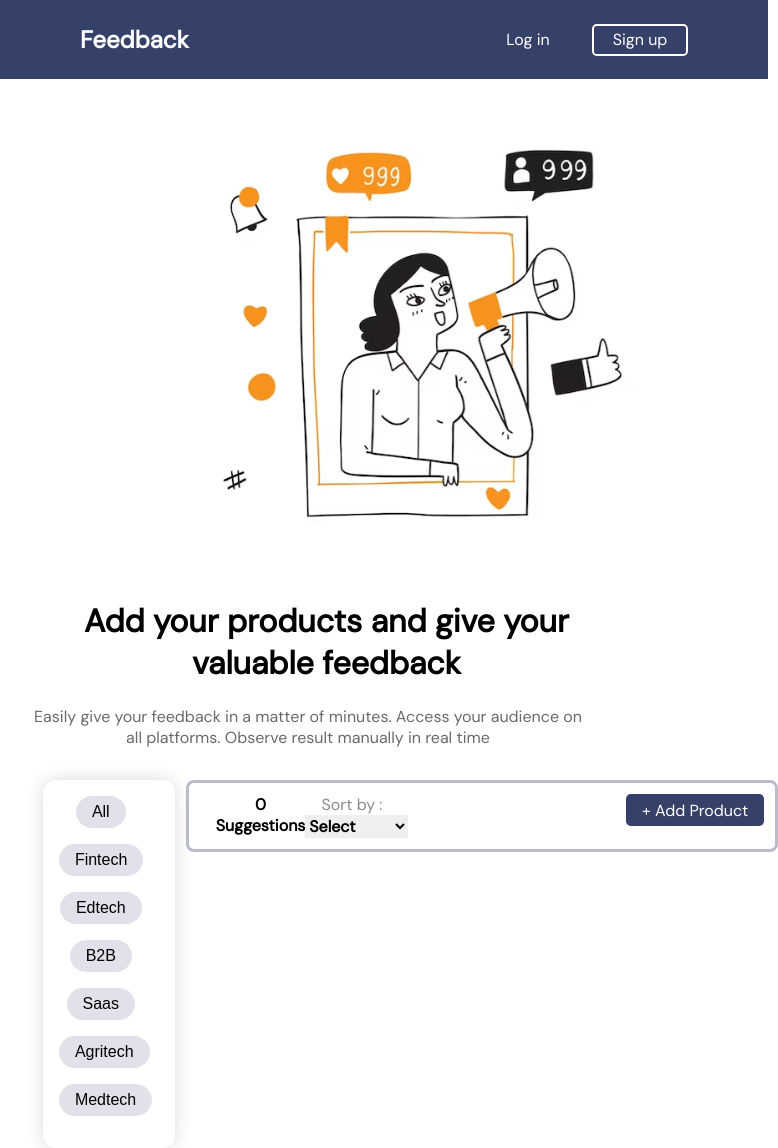
Repository: drumsmanku/final-evaluation-test
Page: / (app in client/)
These files come from the project's save history. The page is drawn as it stood at one moment and after the next save; the edit follows.
The browser window is 768 px wide. The page is 778 px wide, then 768 px, so the pictures cover 778 px, including what lies to the right of the window. The pictures show the whole page.
The page's requests for data from a server got no answer. The project was rebuilt for these pictures with package versions that can differ from the ones it lists, and the page was loaded fresh each time. No one was signed in, and anything a server would have sent is missing. Also part of the build but not shown: client/src/CSS/LoginPopUp.css, client/src/Components/LoginPopUp.js, client/src/CSS/SignupPopUp.css, client/src/Components/SignupPopUp.js, client/src/CSS/AddProductPopUp.css, client/src/Components/AddProductPopUp.js, client/src/Components/CommentsSection.js, client/src/CSS/SignUp.css and 3 more.

Above is the page before, as saved 2023-07-31 23:53:19.

### client/src/App.js
import './App.css';
import { BrowserRouter as Router, Route, Routes} from 'react-router-dom';
import MainPage from './Components/MainPage';
import SignUp from './Components/SignUp';
import Login from './Components/Login';
function App() {
  return (
    <div className="App">
      <Router>
        <Routes>
          <Route path='/' element={<MainPage/>}/>
          <Route path='/signup' element={<SignUp/>}/>
          <Route path='/login' element={<Login/>}/>
        </Routes>
      </Router>
    </div>
  );
}

export default App;

### client/src/Components/MainPage.js
import React, {useState, useEffect, useMemo} from 'react';
import '../CSS/MainPage.css';
import profile from'../Assets/profilepic.webp';
import img1 from '../Assets/frontphoto.png';
import axios from 'axios';
import comments from '../Assets/comments.png';
import { useNavigate } from 'react-router-dom';
import LoginPopUp from './LoginPopUp';
import SignupPopUp from './SignupPopUp';
import AddProductPopUp from './AddProductPopUp';
import CommentsSection from './CommentsSection';
import upvote from '../Assets/upvote.png';
import comment1 from '../Assets/comment1.png';

const buttonTitles=['All', 'Fintech', 'Edtech', 'B2B', 'Saas', 'Agritech', 'Medtech'];
const buttonStyles={
  padding:'0.2rem 1rem 0.2rem 1rem',
  backgroundColor:'#36416A26',
  fontSize:'medium',
  borderRadius:'1rem',
  border:'none',
  margin:'0 1rem 1rem 0',
  height:'2rem',
  textAlign:'center',
}
const productCardsStyles={
  padding:'1rem',

  width:'98%',
  marginBottom:'1rem',
  display: 'flex',
  borderRadius:'0.5rem'
}
const tagStyles={
  paddingRight:'1.3em',
  paddingLeft:'1.3em',
  backgroundColor:'#C0CEFF',
  fontSize:'small',
  borderRadius:'1rem',
  border:'none',
  height:'1.5rem',
  textAlign:'center',
  display:'flex',
  alignItems:'center',
  marginRight:'1rem',
}

function MainPage() {
  const navigate =useNavigate()
  const [categorySet, setCategorySet]=useState([]);
  const [user, setUser] = useState(localStorage.getItem('user'));
  const [isLoggedIn, setIsLoggedIn]=useState(false);
  const [products, setProdcts]=useState([]);
  const [showLoginModal, setShowLoginModal] = useState(false);
  const [showSignupModal, setShowSignupModal] = useState(false);
  const [showAddModal, setShowAddModal] = useState(false);
  const [isVisible, setIsVisible] = useState(false);
  const [commentProductId, setCommentProductId] = useState(null);
  const [commentsLength, setCommentsLength]=useState(0);
  const [productCounts, setProductCounts] = useState({});
  const [upvotes, setUpvotes]=useState(0);
  const [sortOption, setSortOption] = useState('Select');


  useEffect(()=>{
    const User=localStorage.getItem('user');
    if(User){
      setIsLoggedIn(true);
    }

  }, []);




  const handleLogin = () => {
    setShowLoginModal(true);
  };
  const handleSignup = () => {
    setShowSignupModal(true);
  };
  const handleAdd = () => {
    if (isLoggedIn) {
      setShowAddModal(true);
    } else {
      setShowSignupModal(true);
    }
  };

  const handleShowComments = (productId) => {
    setCommentProductId(productId);
  };
  const handleLogout=()=>{
    localStorage.removeItem('user');
    setIsLoggedIn(false);
    navigate('/login');
  }
  const handleCategoryClick=(event)=>{
    const currentCat=event.target.value;
    if(!categorySet.includes(currentCat)){
      setCategorySet([...categorySet, event.target.value]);
      event.target.style.backgroundColor="#36416A"
    }
    else{
      setCategorySet(categorySet.filter(cat=>cat!=currentCat))
      event.target.style.backgroundColor="#36416A26"
    }

  }

  useEffect(()=>{
    const category=categorySet
    axios.get(`http://localhost:4000/get-prods?category=${category.join(',')}`)
    .then((res)=>{setProdcts(res.data.products);console.log(res.data.products)})
    .catch(err=>console.log(err))

  }, [categorySet]);

  const handleUpvotes=(prodId, event)=>{

    axios.post('http://localhost:4000/add-upvote', {
      productId: prodId,
      upvoteCount:1,
    })
    .then(window.location.reload())
    .catch(err=>console.log(err))
  }

  const sortedProducts = useMemo(() => {
    if (sortOption === 'upvotes') {
      return [...products].sort((a, b) => (b.upvoteCount || 0) - (a.upvoteCount || 0));
    } else if (sortOption === 'comments') {
      return [...products].sort((a, b) => (b.commentsCount || 0) - (a.commentsCount || 0));
    }
    return products;
  }, [products, sortOption]);



  return (
    <div className='main-container'>
      <div className="main-top-container">
        <div className='navbar' >
          <div style={{display:'flex',width:'100%', justifyContent:' space-between', alignItems:'center',}}>
          <h3 style={{marginLeft:'5rem', color:'white', fontSize:'1.5rem'}}>Feedback</h3>
          <div style={{display:'flex', marginRight:'5rem'}}>
              {isLoggedIn ? (
                <>
                  <button style={{background:'none', fontSize:'large', border:'none', fontFamily:'DM Sans', color:'white'}} onClick={handleLogout}>Logout</button>
                  <span style={{color:'white', fontFamily:'DM Sans', fontSize:'large', display:'flex', alignItems:'center', marginLeft:'1rem'}}>Hello! {user}</span>
                  <img src={profile} alt="" height={50} width={50} style={{borderRadius:'100%', marginLeft:'1rem'}} />
                </>
              ) : (
                <>
                   <button className="btn-main-page-login" type="submit" onClick={()=>{navigate('/login')}}>
                    Log in
                  </button>
                  <button type='submit'  className='btn-main-page-register' onClick={()=>{navigate('/signup')}} >Sign up</button>
                </>
              )}



            </div>
          </div>
        </div>
        <div className="title-desc">
          <img src={img1} alt="" height={500} style={{marginLeft:'3rem'}}/>
          <div className='both-texts' style={{display:'flex', flexDirection:'column', marginLeft:'2rem'}}>
              <h1 className='main-heading' style={{maxWidth:'80%'}}> Add your products and give your valuable feedback</h1>
              <span style={{maxWidth:'75%', color:'#6A6A6A'}}>Easily give your feedback in a matter of minutes. Access your audience on all platforms. Observe result manually in real time</span>
          </div>
        </div>
      </div>
      <div className="main-bottom-container">
        <div className="bottom-left">
          <article className='apply-filter' style={{backgroundColor:'#36416A', width:'74%', color:'white', paddingTop:'2rem', borderRadius:'0.8rem', marginBottom:'2rem'}}>
            <h2 style={{marginBottom:'0.4rem',marginLeft:'1rem'}}>Feedback</h2>
            <h5 style={{marginTop:0, marginLeft:'1rem'}}>Apply Filter</h5>
          </article>
          <article style={{width:'65%', borderRadius:'0.8rem', padding:'1em', boxShadow:'0 0 17px #00000026',}}>
             {buttonTitles.map((title, idx)=>(
              <button value={title} onClick={handleCategoryClick} style={{...buttonStyles}} key={idx}>{title}</button>
             ))}
          </article>
        </div>
        <div className="bottom-right">
          <div className='bottom-top-right'>
            <div style={{display:'flex', width:'30%', justifyContent:'space-between',marginLeft:'1rem'}}>
              <span style={{ fontWeight:'bold', }}>{products.length} Suggestions</span>
              <span>
                <label style={{ fontSize: 'medium', color: '#8B8B8B', marginRight:'0.6rem' }} htmlFor="sort">Sort by :</label>
                <select style={{border:'none', outline:'none', fontFamily:'DM Sans', fontSize:'medium', fontWeight:'bold'}} value={sortOption} onChange={(e) => setSortOption(e.target.value)}>
                  <option value="Select">Select</option>
                  <option value="upvotes">Upvotes</option>
                  <option value="comments">Comments</option>
                </select>
              </span>
            </div>
            <button className='add-product-button' onClick={handleAdd}>+ Add Product</button>
          </div>
          {showLoginModal && <LoginPopUp closeModal={() => setShowLoginModal(false)} showLoginModal={showLoginModal} setShowSignupModal={setShowSignupModal} />}
          {showSignupModal && (
              <SignupPopUp
                closeModal={() => setShowSignupModal(false)}
                showSignupModal={showSignupModal}
                setShowLoginModal={setShowLoginModal}
              />
            )}
          {isLoggedIn ? (
            showAddModal && (
              <AddProductPopUp
                closeModal={() => setShowAddModal(false)}
                showAddModal={showAddModal}
              />
            )
          ) : (
            showSignupModal && (
              <SignupPopUp
                closeModal={() => setShowSignupModal(false)}
                showSignupModal={showSignupModal}
                setShowLoginModal={setShowLoginModal}
              />
            )
          )}


          <div className="product-cards">
            {
              sortedProducts.map((product, key)=>(
                <div style={{display:'flex', flexDirection:'column', backgroundColor:'#36416A26',marginBottom:'1rem',borderRadius:'0.5rem', padding:'0 1rem 0 1rem'}}>
                  <div style={{...productCardsStyles}}>
                    <div className='logo' style={{width:'10%'}}>{product.logoURL}</div>
                    <div style={{display:'flex', justifyContent:'space-between', width:"90%"}}>
                      <div className="card-main-info">
                        <h2 style={{marginTop:0, marginBottom:'0.5rem', color:'#36416A'}}>{product.companyName}</h2>
                        <span style={{marginBottom:'1rem'}}>{product.description}</span>
                        <div style={{display:'flex', width:'40%', justifyContent:'space-between'}}>
                          <div style={{display:'flex'}}>
                            {product.category.map((catTitle, idx)=>(
                              <span style={{...tagStyles}}>{catTitle}</span>
                            ))}
                          </div>
                          <button className='comments-button' onClick={() => handleShowComments(product._id)}> <img style={{marginRight:'0.3rem'}} src={comments} alt="" height={25}  />Comment</button>
                        </div>
                      </div>
                      <div className="upvotes">
                        <div className="upvote-container">
                          <button onClick={()=>{handleUpvotes(product._id)}} style={{background:'none', outline:'none', border:'none', cursor:'pointer'}}><img style={{}} src={upvote} alt="" /></button>
                          <span>{product.upvoteCount || 0}</span>
                        </div>
                        <div style={{height:'50%', display:'flex', alignItems:"center", width:'230%'}}>
                          {isLoggedIn && (<button className='edit-popup-button' type="submit" style={{ cursor:'pointer'}} >Edit</button>)}
                          <div className="comment-count" style={{}}>
                            {product.commentsCount || 0}
                            <img src={comment1} alt="" height={20} style={{marginLeft:'0.2rem'}} />
                          </div>

                        </div>
                      </div>
                    </div>
                  </div>
                  {commentProductId === product._id && <CommentsSection productId={product._id}   />}
                </div>

              ))
            }
          </div>
        </div>
      </div>
    </div>
  )
}

export default MainPage

### client/src/CSS/MainPage.css
@import url('https://fonts.googleapis.com/css2?family=DM+Sans&display=swap');

body{
  font-family: 'DM Sans';
}
.main-container{
  height: 100vh;
  width: 100vw;
  display: flex;
  flex-direction: column;

}
.main-top-container{
  width: 100%;
}
.btn-main-page-login{
  height: 2rem;
  width: 6rem;
  font-weight: 500;
  font-size: medium ;
  background: none;
  border: none;
  border-radius: 0.3rem;
  margin-left: 1rem;
  margin-bottom:0;
  color: white;
  font-family: 'DM Sans';
  cursor: pointer;
}
.btn-main-page-register{
  height: 2rem;
  width: 6rem;
  font-size: medium;
  font-weight: 500;
  background-color: #36416A;
  border: 2px solid white;
  border-radius: 0.3rem;
  margin-left: 1rem;
  margin-bottom:0;
  color: white;
  font-family: 'DM Sans';
  cursor: pointer;
}
.navbar{
  width: 100%;
  background-color: #36416A;
}
.title-desc{
  width: 100%;
  display: flex;
  align-items: center;
  justify-content: space-around;

}
.bottom-left{
  width: 20%;
  display: flex;
  flex-direction: column;
  align-items: center;
  margin-left: 2rem;

}
.bottom-right{
  width: 75%;
}
.main-bottom-container{
  width:100%;
  display: flex;
}
.bottom-top-right{
  width: 98%;
  display: flex;
  justify-content: space-between;
  border: 3px solid #36416A59;
  padding: 0.7rem;
  border-radius: 0.5rem;

}
.add-product-button{
  height: 2rem;
  font-size: medium;
  font-weight: 500;
  background-color: #36416A;
  border:none;
  border-radius: 0.3rem;
  margin-left: 1rem;
  margin-bottom:0;
  color: white;
  font-family: 'DM Sans';
  cursor: pointer;
  padding-left: 1em;
  padding-right: 1em;
}
.product-cards{
  width: 100%;
  display: flex;
  padding-top: 2rem;
  flex-direction: column;
}
.card-main-info{
  width: 100%;
  display: flex;
  flex-direction: column;
}
.comments-button{
  color: #ABABAB;
  border: none;
  outline: none;
  background: none;
  font-size: small;
  letter-spacing: 0.1rem;
  display:flex;
  align-items: center;
  cursor: pointer;
}
.upvotes{
  width: 10%;
  display: flex;
  flex-direction: column;
  align-items: center;
  justify-content: space-between;
}
.upvote-container{
  display: flex;
  flex-direction: column;
  justify-content: space-between;
  padding: 0.5rem 0.2rem 0.5rem 0.2rem;
  background-color: #C7CBD6;
  border-radius:1rem;
  align-items: center;
}
.comment-count{
  display: flex;
  align-items: center;

  height: 100%;
  width: 100%;
  margin-left: 1rem;
}
.edit-popup-button{
  padding-left: 1.7rem;
  padding-right: 1.7rem;
  color: white;
  height: 2rem;
  font-size: medium;
  border-radius: 1rem;
  border: none;
  background-color: #36416A;

}
@media (max-width: 768px) {
  .main-container {
    flex-direction: column;
  }
  .title-desc{
    flex-direction: column;
  }
  .both-texts{
    margin-bottom: 2rem;
  }
  .apply-filter{
    display: none;
  }
  .main-heading{
    max-width: 90%;
  }
}
@media (max-width: 480px) {
  .main-container {
    flex-direction: column;
  }
  .title-desc{
    flex-direction: column;
  }
}

Loaded but not shown: client/public/index.html (common file); client/src/index.js (common file); client/src/index.css (common file); client/src/App.css (common file)

After the next save:
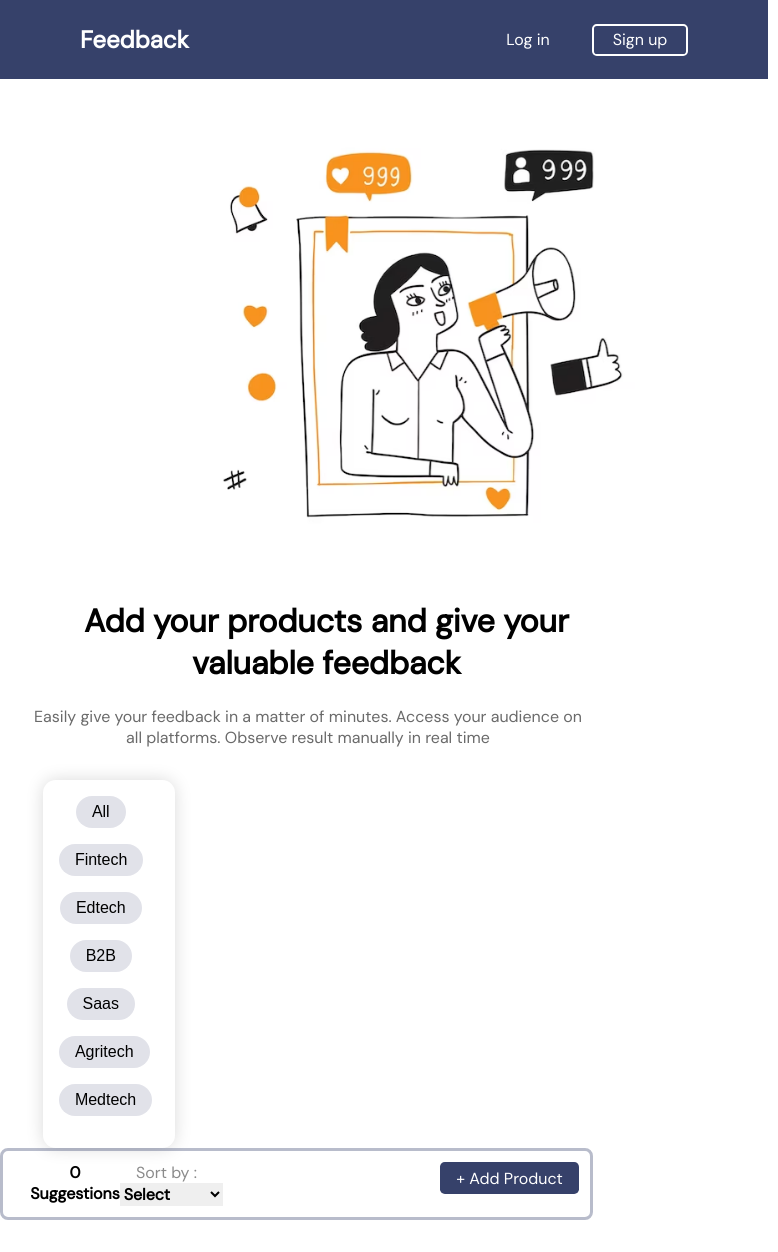
Saved 53 s later.
--- a/client/src/CSS/MainPage.css
+++ b/client/src/CSS/MainPage.css
@@ -164,6 +164,9 @@ body{
   .main-heading{
     max-width: 90%;
   }
+  .main-bottom-container{
+    flex-direction: column;
+  }
 }
 @media (max-width: 480px) {
   .main-container {
